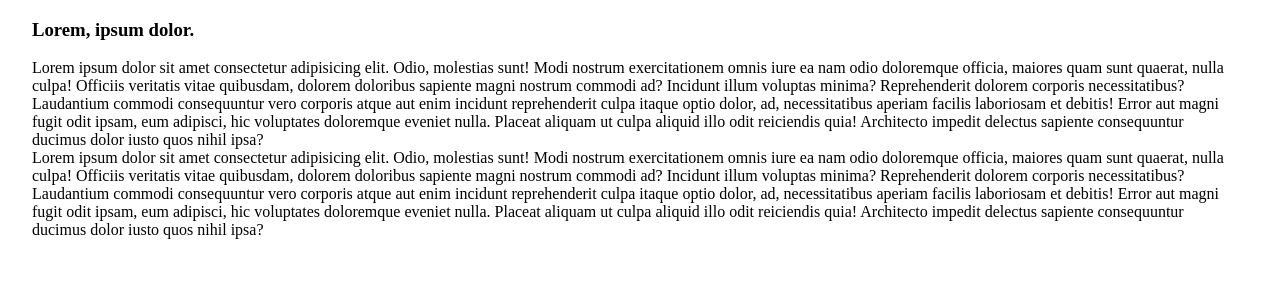
Repository: dinhhaidh/slider-book
Page: index.html
An editor plug-in stored every save of this project. The page is shown before and after the next save, followed by the edit.
The browser window is 1280 px wide. The pictures show the whole page.

Above is the page before, as saved 2024-01-15 09:40:26.

### index.html
<!DOCTYPE html>
<html lang="en">
<head>
    <meta charset="UTF-8">
    <meta name="viewport" content="width=device-width, initial-scale=1.0">
    <title>Document</title>
</head>
<style>
    .container{
        max-width: 1200px;
        padding-inline:  1.5rem;
    }
    /* .content{
        columns: 200px 4;
        column-gap: 30px;
        padding: 20px;
    } */
    .content{
        display: grid;
        grid-template-columns: repeat(auto-fit, minmax());
    }
    .title{
        column-span: all;
        display: block;
    }
    p{
        margin:  0;
    }
</style>
<body>
    <div class="container">
        <h3 class="title">Lorem, ipsum dolor.</h3>
        <div class="content">
            <p>Lorem ipsum dolor sit amet consectetur adipisicing elit. Odio, molestias sunt! Modi nostrum exercitationem omnis iure ea nam odio doloremque officia, maiores quam sunt quaerat, nulla culpa! Officiis veritatis vitae quibusdam, dolorem doloribus sapiente magni nostrum commodi ad? Incidunt illum voluptas minima? Reprehenderit dolorem corporis necessitatibus? Laudantium commodi consequuntur vero corporis atque aut enim incidunt reprehenderit culpa itaque optio dolor, ad, necessitatibus aperiam facilis laboriosam et debitis! Error aut magni fugit odit ipsam, eum adipisci, hic voluptates doloremque eveniet nulla. Placeat aliquam ut culpa aliquid illo odit reiciendis quia! Architecto impedit delectus sapiente consequuntur ducimus dolor iusto quos nihil ipsa?</p>
            <p>Lorem ipsum dolor sit amet consectetur adipisicing elit. Odio, molestias sunt! Modi nostrum exercitationem omnis iure ea nam odio doloremque officia, maiores quam sunt quaerat, nulla culpa! Officiis veritatis vitae quibusdam, dolorem doloribus sapiente magni nostrum commodi ad? Incidunt illum voluptas minima? Reprehenderit dolorem corporis necessitatibus? Laudantium commodi consequuntur vero corporis atque aut enim incidunt reprehenderit culpa itaque optio dolor, ad, necessitatibus aperiam facilis laboriosam et debitis! Error aut magni fugit odit ipsam, eum adipisci, hic voluptates doloremque eveniet nulla. Placeat aliquam ut culpa aliquid illo odit reiciendis quia! Architecto impedit delectus sapiente consequuntur ducimus dolor iusto quos nihil ipsa?</p>
        </div>
    </div>
</body>
</html>

After the next save:
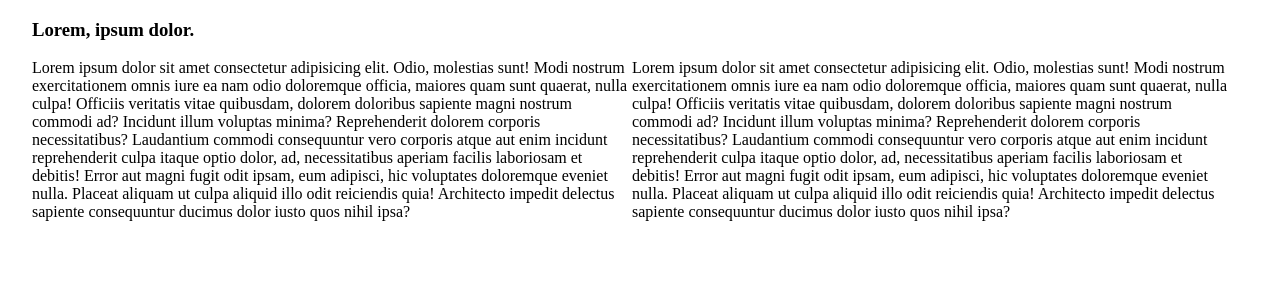
Saved 6 s later.
--- a/index.html
+++ b/index.html
@@ -17,7 +17,7 @@
     } */
     .content{
         display: grid;
-        grid-template-columns: repeat(auto-fit, minmax());
+        grid-template-columns: repeat(auto-fit, minmax(200px, 1fr));
     }
     .title{
         column-span: all;

After the save that followed:
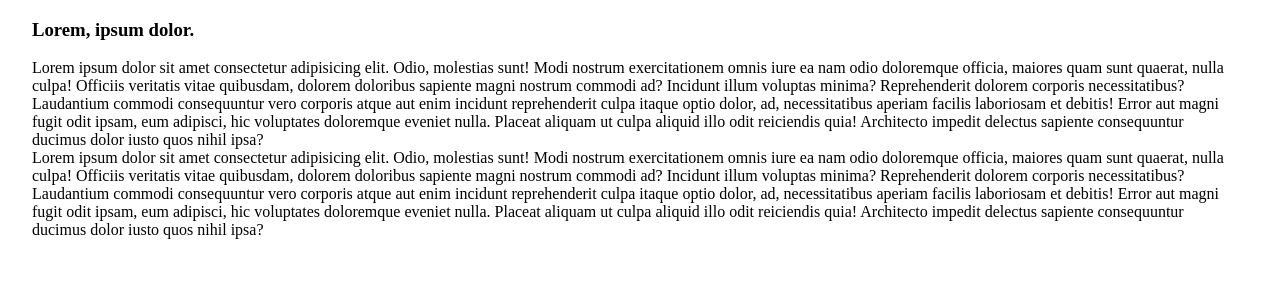
Saved 26 s later.
--- a/index.html
+++ b/index.html
@@ -17,7 +17,7 @@
     } */
     .content{
         display: grid;
-        grid-template-columns: repeat(auto-fit, minmax(200px, 1fr));
+        grid-template-columns: repeat(auto-fit, minmax(4, 1fr));
     }
     .title{
         column-span: all;
